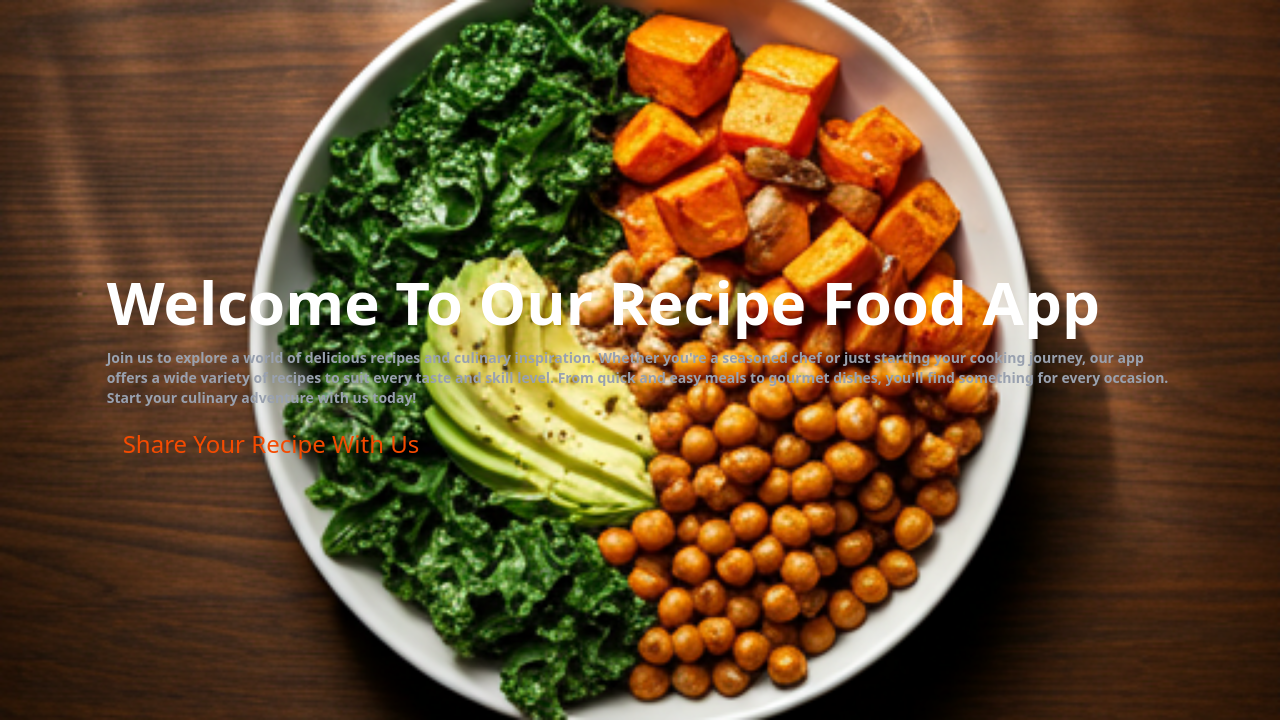
Repository: Eslam0Mohamed/mern-recipe-app
Page: / (app in FrontEnd/)
The author's editor kept a copy of each file at every save. The page is drawn from the files as they stood at one save, then again after the next save.
The browser window is 1280 px wide. The pictures show the whole page.
The project was rebuilt for these pictures with package versions that can differ from the ones it lists, and the page was loaded fresh each time. Also part of the build but not shown: FrontEnd/vite.config.js.

Above is the page before, as saved 2026-05-07 18:15:25.

After the next save:
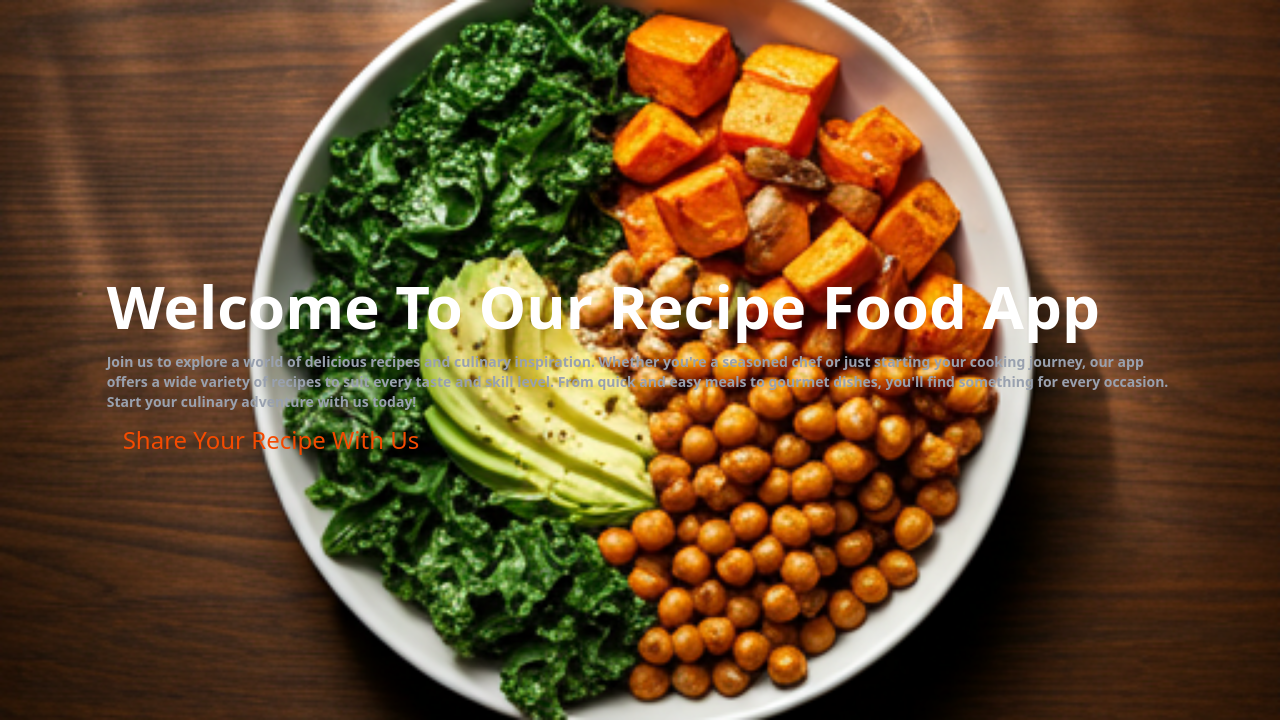
Saved 7 s later.
--- a/FrontEnd/src/pages/Home.jsx
+++ b/FrontEnd/src/pages/Home.jsx
@@ -5,7 +5,7 @@ function Home() {
     <section style={{backgroundImage:`url(${backgroundImage})`,}} className={`bg-cover bg-tertiary h-screen bg-center flex items-center justify-center`}>
       <div className='left container' >
         <h1 className='text-white text-6xl font-semibold my-4'>Welcome To Our Recipe Food App</h1>
-        <p className='text-md text-gray-400 font-semibold text-sm my-4'> Join us to explore a world of delicious recipes and culinary inspiration. Whether you're a seasoned chef or just starting your cooking journey, our app offers a wide variety of recipes to suit every taste and skill level. From quick and easy meals to gourmet dishes, you'll find something for every occasion. Start your culinary adventure with us today!</p>
+        <p className='text-md text-gray-400 font-semibold text-sm my-2'> Join us to explore a world of delicious recipes and culinary inspiration. Whether you're a seasoned chef or just starting your cooking journey, our app offers a wide variety of recipes to suit every taste and skill level. From quick and easy meals to gourmet dishes, you'll find something for every occasion. Start your culinary adventure with us today!</p>
       <button className='outline-none px-4 py-1  text-2xl bg-tertiary text-orange-600 '>Share Your Recipe With Us</button>
       </div>
       {/* <div className='right'>
